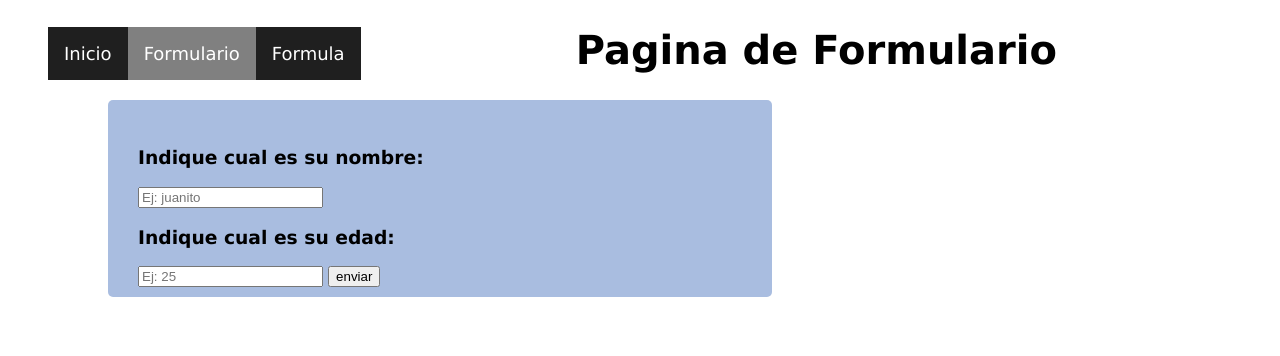
Repository: misterySnow94/tutoriales
Page: pagina basica/formulario.html
The author's editor kept a copy of each file at every save. The page is drawn from the files as they stood at one save, then again after the next save.
The browser window is 1280 px wide. The pictures show the whole page.

Above is the page before, as saved 2019-11-03 23:53:10.

### pagina basica/formulario.html
<!DOCTYPE html>
<html lang="en">
<head>
    <meta charset="UTF-8">
    <meta name="viewport" content="width=device-width, initial-scale=1.0">
    <meta http-equiv="X-UA-Compatible" content="ie=edge">
    <title>inicio</title>
    <link rel="stylesheet" href="css/style.css">
</head>
<body>
    <nav>
        <ul>
            <li><a href="index.html"> Inicio </a></li>
            <li class="active"><a href="formulario.html">Formulario</a></li>
            <li><a href="formula.html">Formula</a></li>
        </ul>
    </nav>

    <div class="contenido">
        <h1>Pagina de Formulario</h1>

        <form action="">
            <label for="nombre">
                <h3>Indique cual es su nombre:</h3>
                <input type="text" placeholder="Ej: juanito" name="nombre">
            </label>
            <label for="edad">
                <h3>Indique cual es su edad:</h3>
                <input type="number" placeholder="Ej: 25" name="edad">
            </label>
            <button>enviar</button>
        </form>
    </div>
</body>
</html>

### pagina basica/css/style.css
body{
    font-family: 'Lucida Sans', 'Lucida Sans Regular', 'Lucida Grande', 'Lucida Sans Unicode', Geneva, Verdana, sans-serif;
}

li{
    float: left;
    list-style: none;
    padding: 16px;
    background-color: rgb(31, 31, 31);
}

.active{
    background-color: gray;
}

li:hover{
    background-color: gray;
}

a{
    color: white;
    text-decoration: none;
    font-size: 18px;
}

h1{
    text-align: center;
    font-size: 40px;
}

form{
    margin-left: 100px;
    margin-right: 500px;
    background-color: rgb(169, 189, 224);
    border-radius: 5px;
    padding: 10px;
}

label, input, h3{
    margin-left: 20px;
}

After the next save:
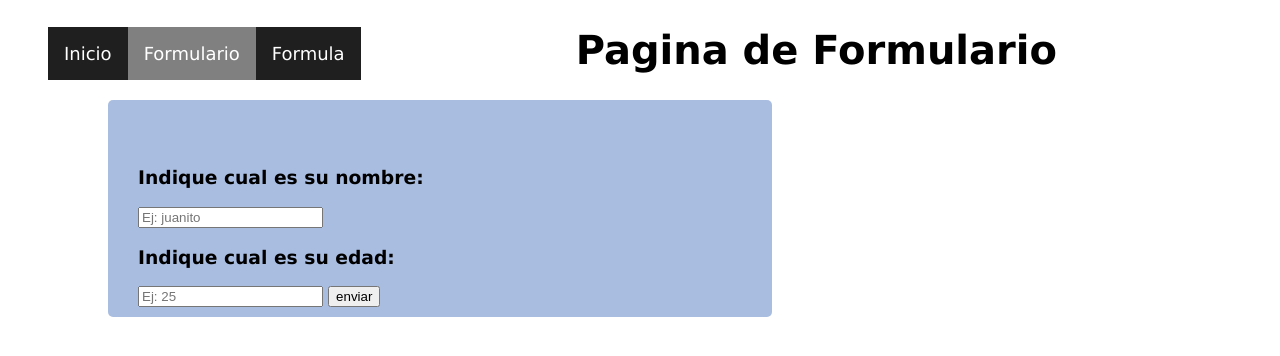
Saved 19 s later.
--- a/pagina basica/formulario.html
+++ b/pagina basica/formulario.html
@@ -20,6 +20,7 @@
         <h1>Pagina de Formulario</h1>
 
         <form action="">
+            <h2></h2>
             <label for="nombre">
                 <h3>Indique cual es su nombre:</h3>
                 <input type="text" placeholder="Ej: juanito" name="nombre">
